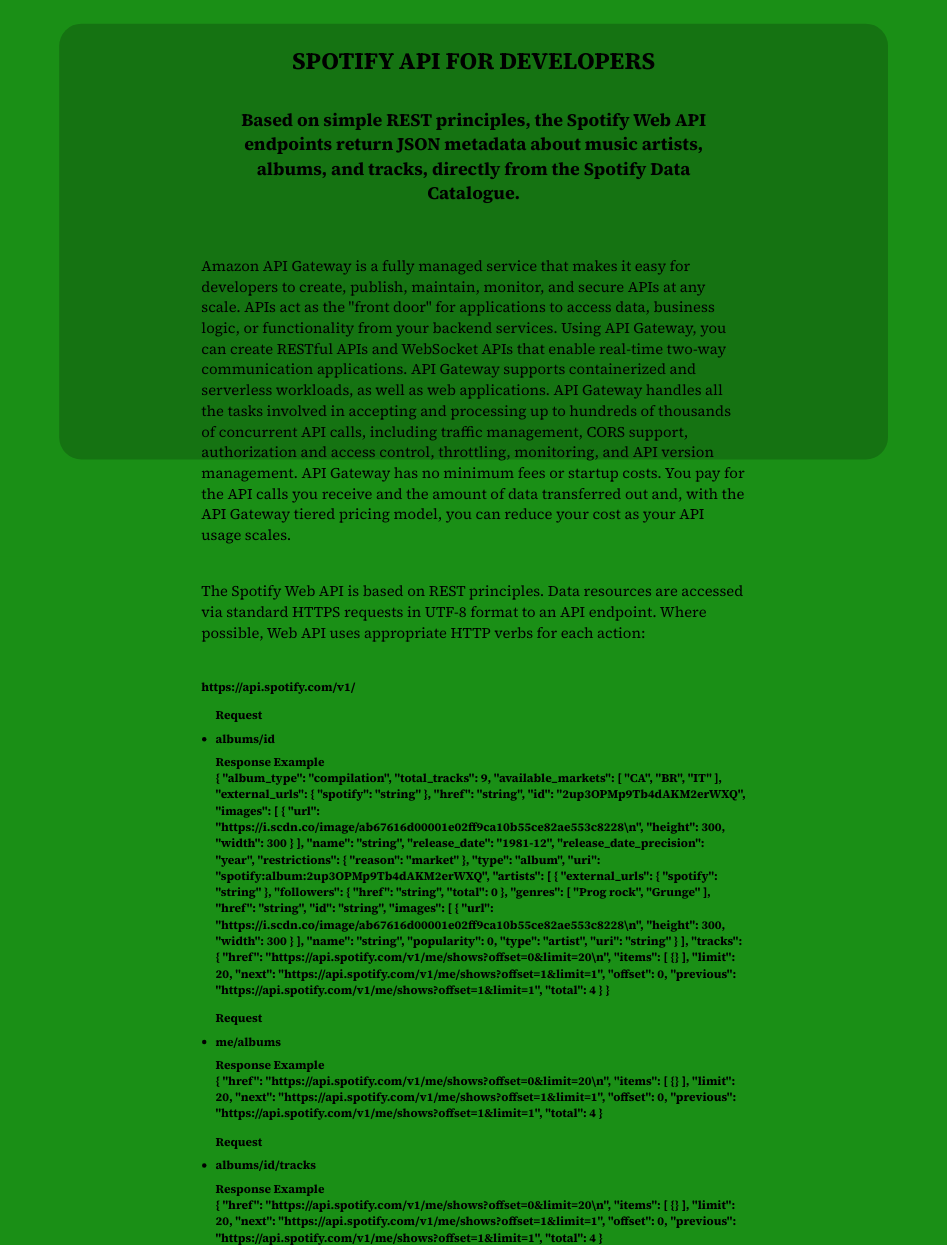
Repository: eliasihai/dizza-html-project
Page: index.html
These files come from the project's save history. The page is drawn as it stood at one moment and after the next save; the edit follows.
The browser window is 1280 px wide. The pictures show the whole page, at 74% of full size.

Above is the page before, as saved 2022-01-28 00:16:16.

After the next save:
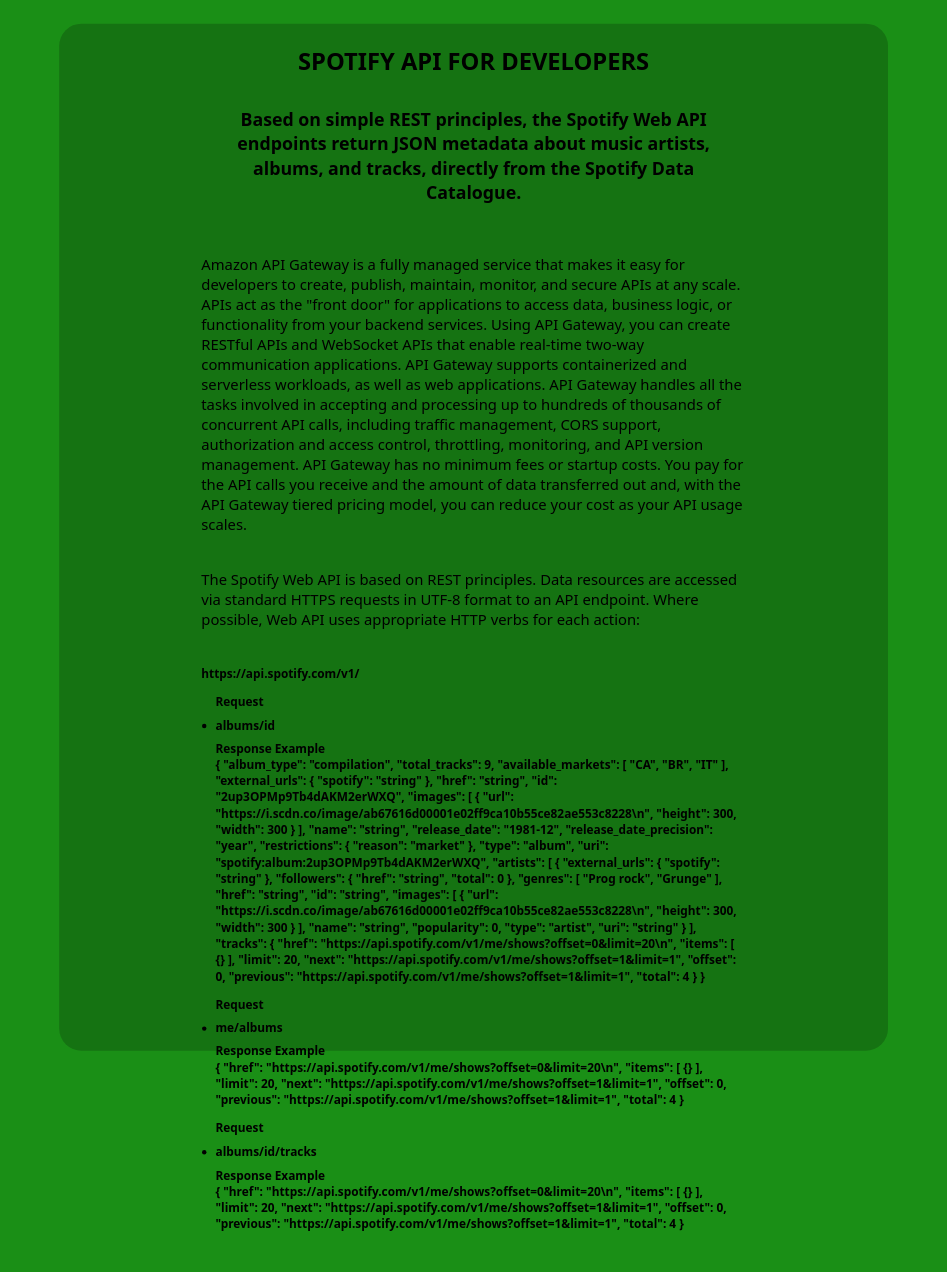
Saved 11 s later.
--- a/style.css
+++ b/style.css
@@ -1,4 +1,12 @@
-body,
+body {
+  min-block-size: 100%;
+  min-inline-size: 100%;
+  margin: 0;
+  box-sizing: border-box;
+  display: grid;
+  place-content: center;
+  font-family: system-ui, sans-serif;
+}
 html {
   block-size: 100%;
   inline-size: 100%;
